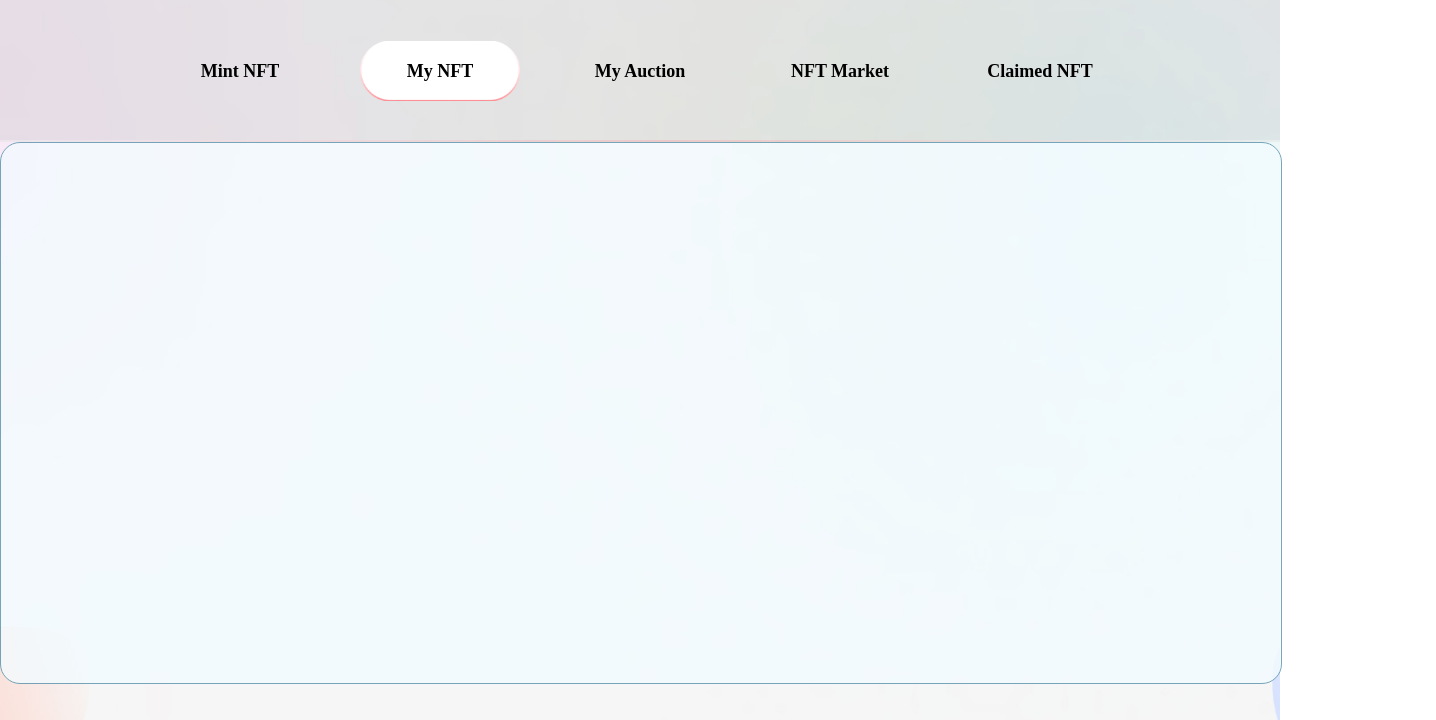
Repository: TomLei99/EnglishAuction-Resit
Page: index.html
The author's editor kept a copy of each file at every save. The page is drawn from the files as they stood at one save, then again after the next save.
The browser window is 1280 px wide. The page is 1282 px wide, then 1436 px, so the pictures cover 1436 px, including what lies to the right of the window. The pictures show the whole page.
The style sheet was rebuilt from its Sass, Less or Tailwind sources for each picture, by a compiler version that may differ from the author's.

Above is the page before, as saved 2023-08-05 16:44:54.

After the next save:
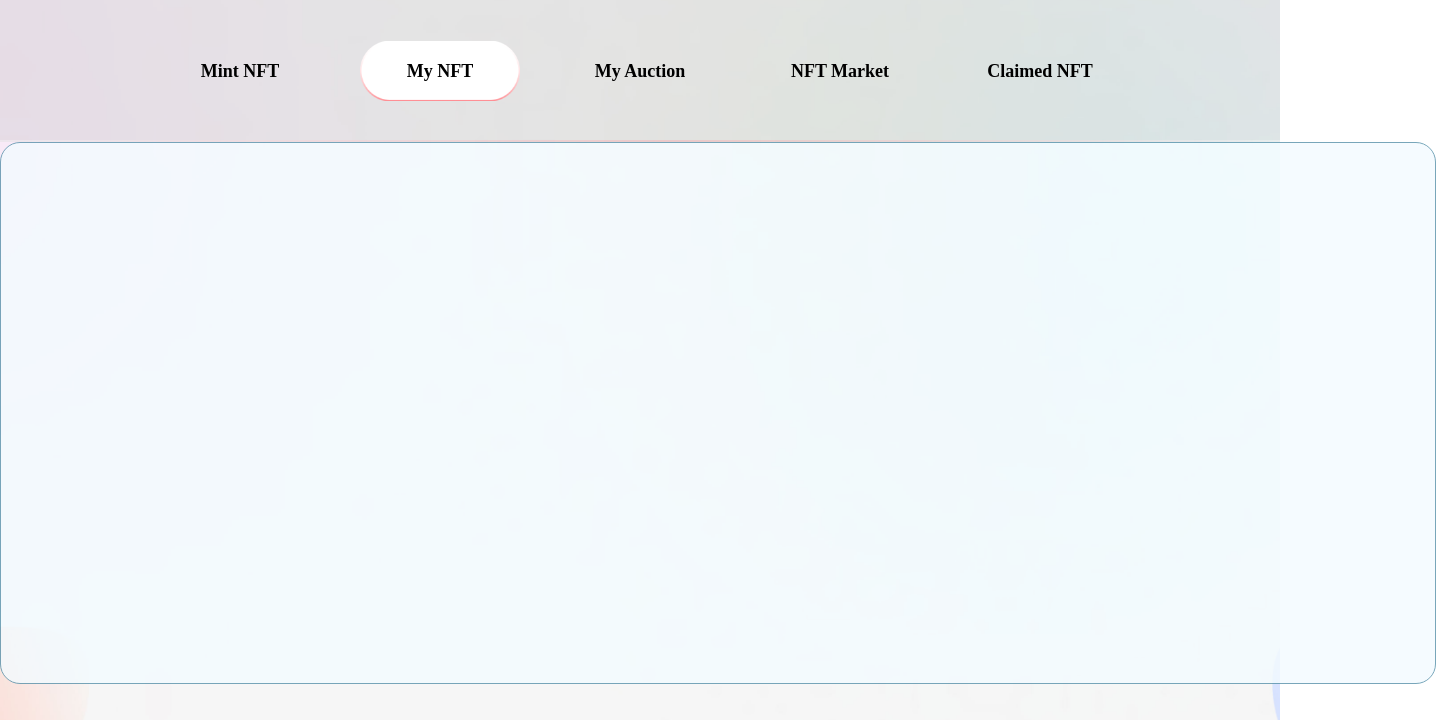
Saved 23 s later.
--- a/index.html
+++ b/index.html
@@ -30,7 +30,7 @@
   </div>
 
   <!-- 页面 -->
-  <div class="content-box">
+  <div class="content-box center-box">
     <!-- 内容列表 -->
     <div class="item-box">
 
